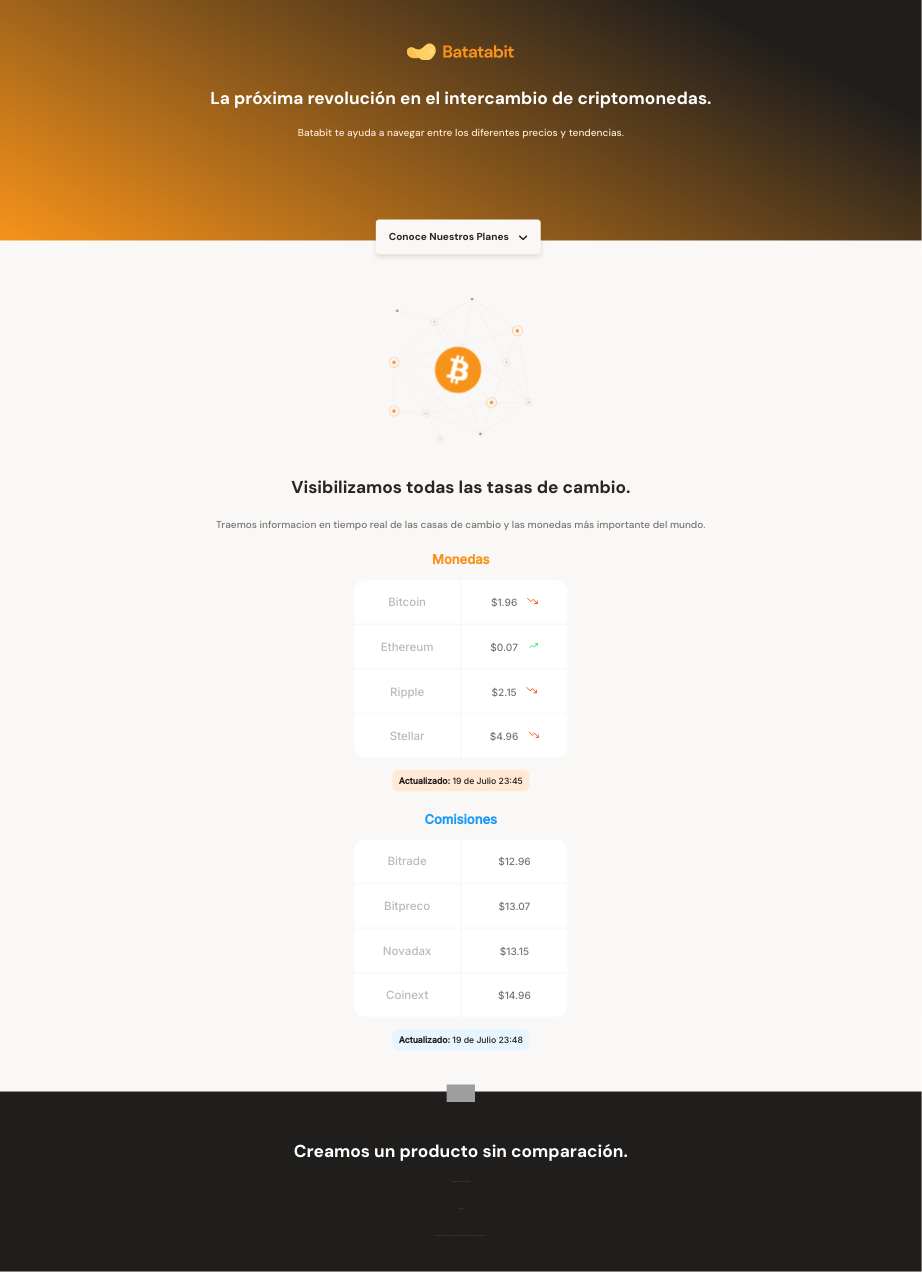
Repository: EnzoSz/Mobile-First
Page: index.html
An editor plug-in stored every save of this project. The page is shown before and after the next save, followed by the edit.
The browser window is 1280 px wide. The pictures show the whole page, at 72% of full size.
Pictures or frames that could not be fetched are drawn as grey boxes.

Above is the page before, as saved 2021-01-29 17:48:25.

After the next save:
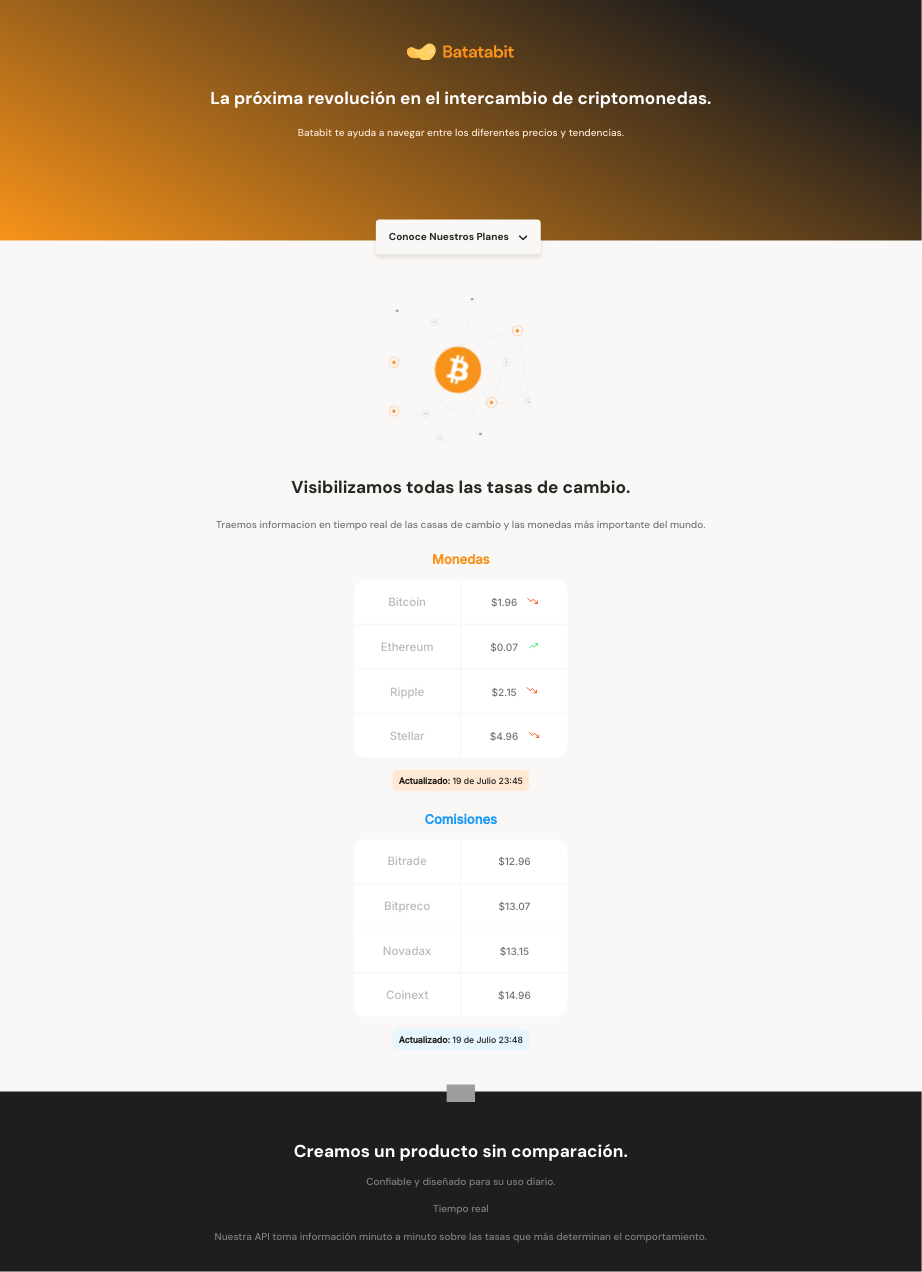
Saved 61 s later.
--- a/estilos.css
+++ b/estilos.css
@@ -273,7 +273,7 @@
 }
 .product-detail--title p {
     margin-bottom: 20px;
-    font-size: 1.4px;
+    font-size: 1.4rem;
     font-weight: 500;
     line-height: 1.8rem;
     color: #808080;
